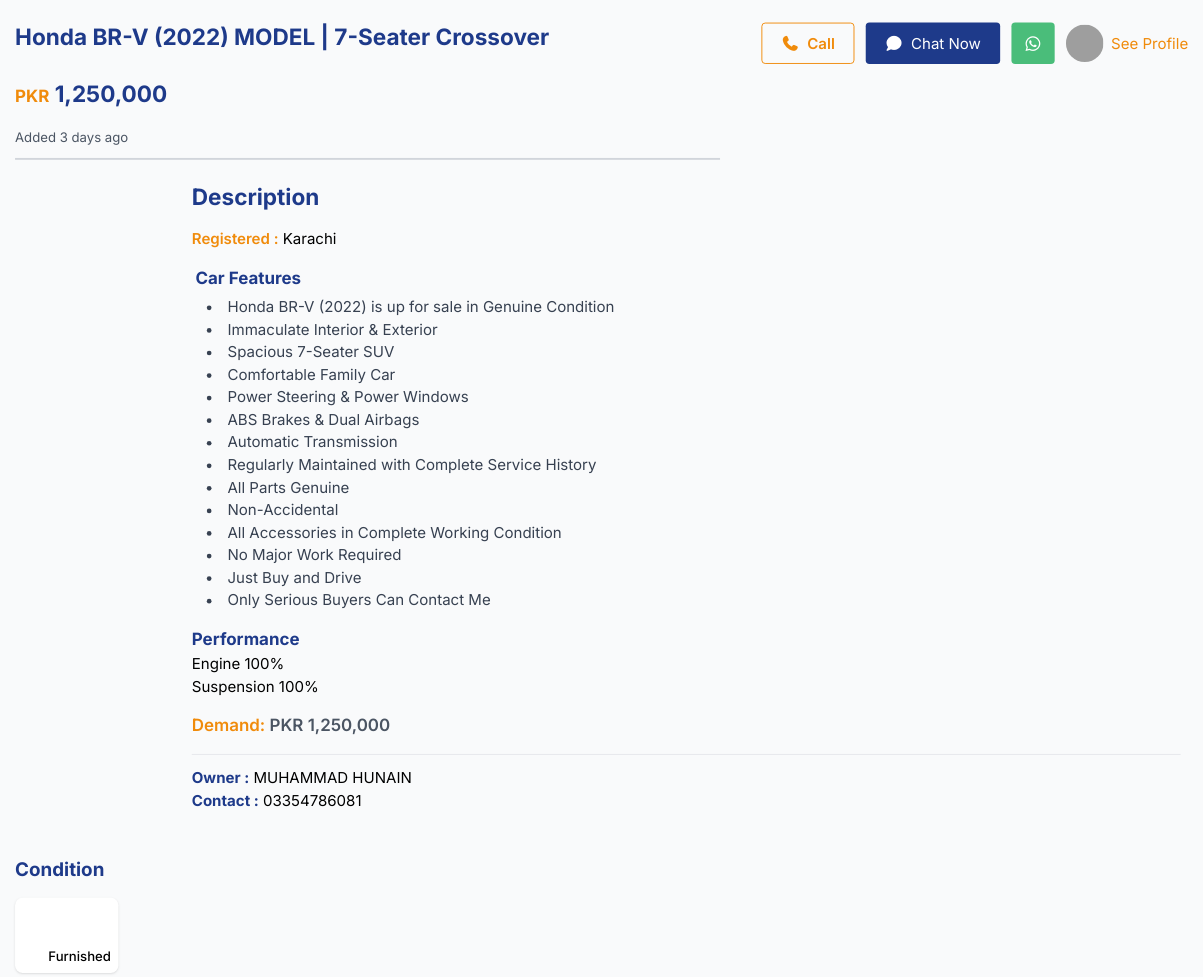
Repository: ARFA-SAEED/miljayega
Page: src/motorsPage/bikes_1.html
An editor plug-in stored every save of this project. The page is shown before and after the next save, followed by the edit.
The browser window is 1280 px wide. The pictures show the part of the page from y = 633 to 1672 px (the page is 2654 px tall), at 94% of full size.
Pictures or frames that could not be fetched are drawn as grey boxes. A picture or video elsewhere on the page could not be fetched, so the positions and the page height are approximate. Some web fonts or font styles are not loaded; a fallback is used. Some web libraries are served in a nearby version.

Above is the page before, as saved 2025-08-25 13:31:34.

After the next save:
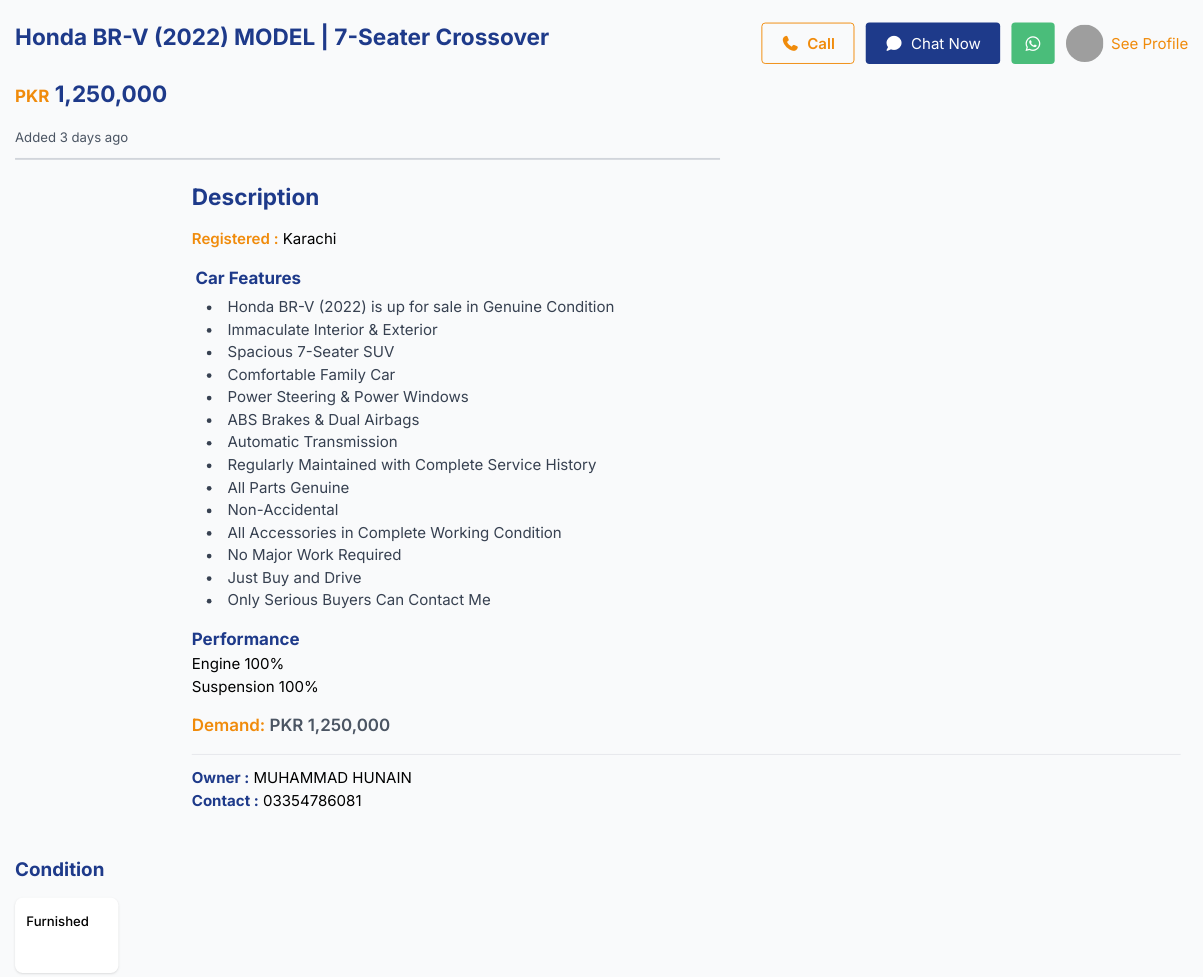
Saved 10 s later.
--- a/src/motorsPage/bikes_1.html
+++ b/src/motorsPage/bikes_1.html
@@ -189,9 +189,9 @@
     <div class="container mx-auto px-4 mt-6">
         <h1 class="text-blue-900 font-bold text-xl">Condition</h1>
 
-        <div class="relative mt-4 shadow rounded-lg h-20 w-[110px] bg-white p-3">
-
-            <span class="absolute bottom-2 right-2 text-sm font-medium">Furnished</span>
+        <div class=" mt-4 shadow rounded-lg h-20 w-[110px] bg-white p-3">
+
+            <span class="text-sm font-medium">Furnished</span>
         </div>
     </div>
 
